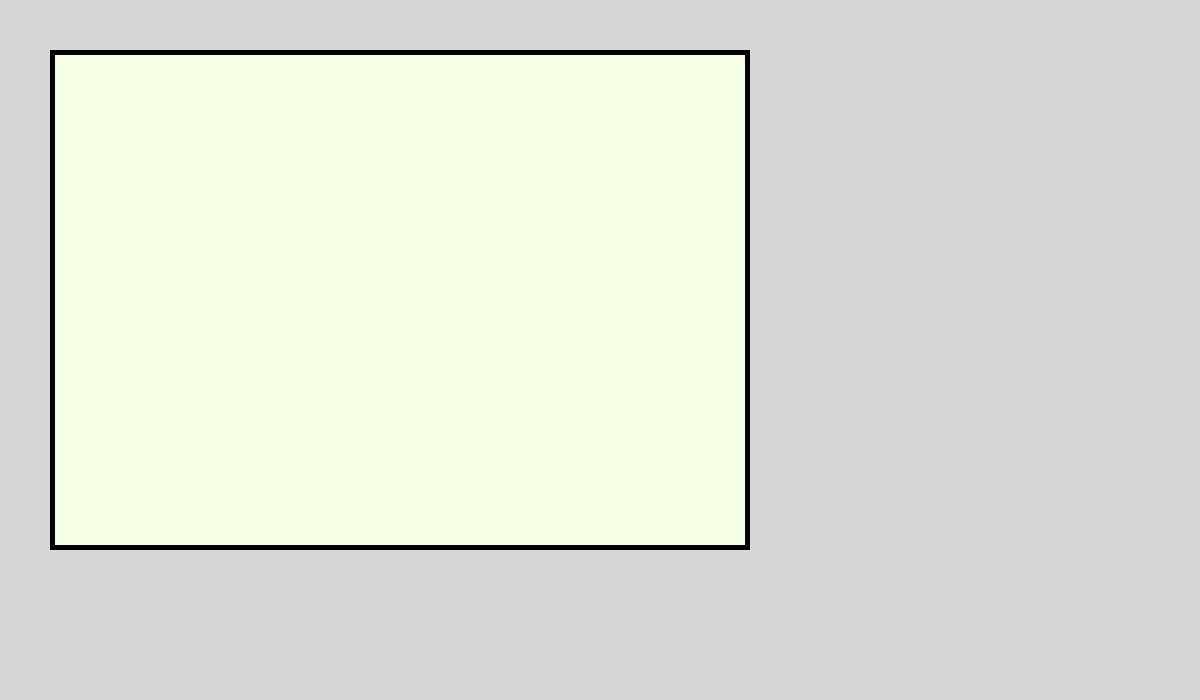
Repository: bachhm-dev/ml-basic
Script's output: python main.py
An editor plug-in stored every save of this project. The script's output is shown before and after the next save, followed by the edit.
The window is shown after at most 60 frames with no key pressed. Random numbers start from a fixed seed.

Above is the script's output before, as saved 2021-01-08 16:35:18.

### main.py
import pygame

pygame.init()

screen = pygame.display.set_mode((1200,700))

pygame.display.set_caption("Kmeans visualization");

running = True

clock = pygame.time.Clock();

BACKGROUND = (214,214,214)
BLACK = (0,0,0)
BACKGROUND_PANEL = (245,255,230)

while running:
    clock.tick(60)
    screen.fill(BACKGROUND)
    # Draw interface
    # Draw panel

    pygame.draw.rect(screen, BLACK, (50,50,700,500))
    pygame.draw.rect(screen, BACKGROUND_PANEL, (55,55,690,490))

    # End draw interface
    for event in pygame.event.get():
        if event.type == pygame.QUIT:
            running = False

    pygame.display.flip();

pygame.quit()

After the next save:
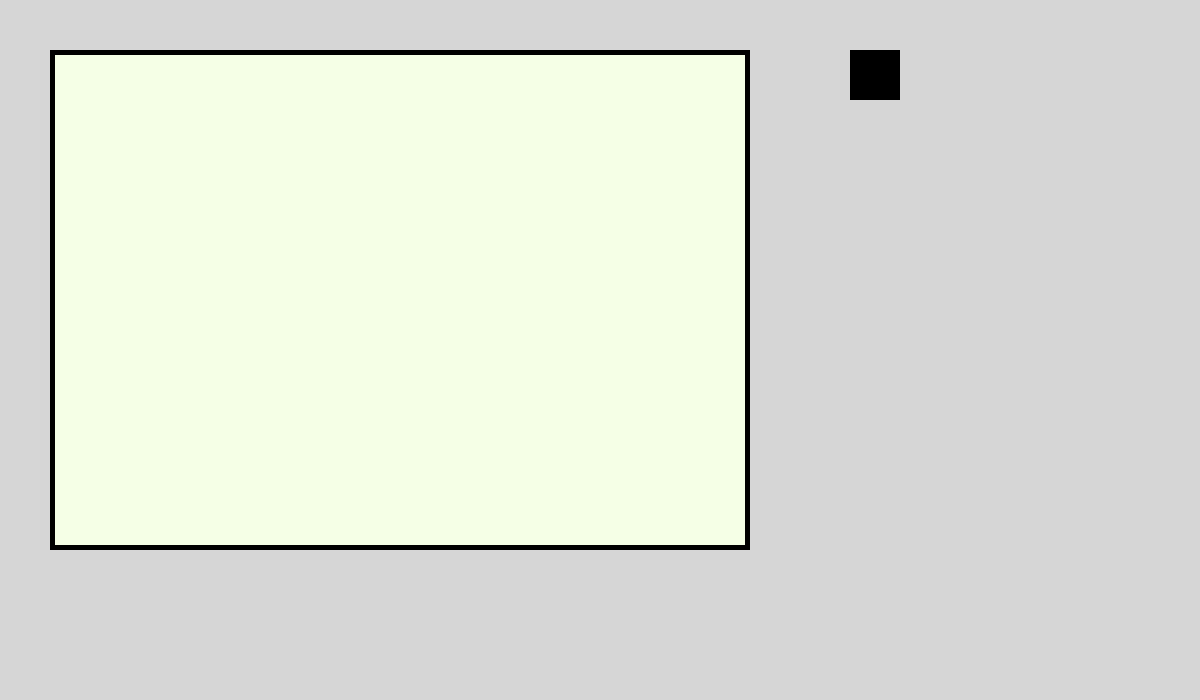
Saved 4 min 37 s later.
--- a/main.py
+++ b/main.py
@@ -23,6 +23,9 @@ while running:
     pygame.draw.rect(screen, BLACK, (50,50,700,500))
     pygame.draw.rect(screen, BACKGROUND_PANEL, (55,55,690,490))
 
+    # K button +
+    pygame.draw.rect(screen, BLACK, (850,50,50,50))
+
     # End draw interface
     for event in pygame.event.get():
         if event.type == pygame.QUIT:
